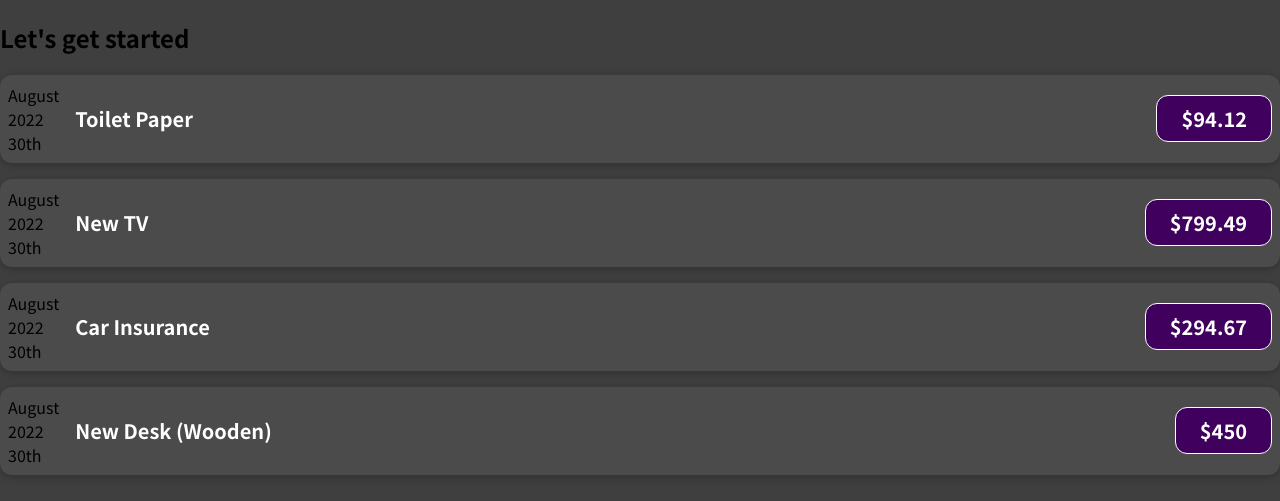
Repository: runner855/expense-tracker
Page: /
These files come from the project's save history. The page is drawn as it stood at one moment and after the next save; the edit follows.
The browser window is 1280 px wide. The pictures show the whole page.
The project was rebuilt for these pictures with package versions that can differ from the ones it lists, and the page was loaded fresh each time.

Above is the page before, as saved 2022-09-02 15:35:16.

### src/index.js
import React from 'react';
import ReactDOM from 'react-dom/client';
import expenses from './data/expenses.json';
import './styles/index.css';
import App from './components/App';

const root = ReactDOM.createRoot(document.getElementById('root'));
root.render(
  <React.StrictMode>
    <App expenses={expenses.expenses} />
  </React.StrictMode>
);

### src/data/expenses.json
{
  "expenses": [
    {
      "id": "e1",
      "title": "Toilet Paper",
      "amount": 94.12,
      "date": 1597408017000
    },
    {
      "id": "e2",
      "title": "New TV",
      "amount": 799.49,
      "date": 1615552017000
    },
    {
      "id": "e3",
      "title": "Car Insurance",
      "amount": 294.67,
      "date": 1616934417000
    },
    {
      "id": "e4",
      "title": "New Desk (Wooden)",
      "amount": 450,
      "date": 1623500817000
    }
  ]
}

### src/components/App.js
import React from 'react';
import ExpenseItem from '../components/ExpenseItem';


const App = (props) => {
  console.log(props)





  return (
    <div className="App">
      <h2>Let's get started</h2>
      <ExpenseItem date={props.expenses[0].date} title={props.expenses[0].title} amount={props.expenses[0].amount} />
      <ExpenseItem date={props.expenses[1].date} title={props.expenses[1].title} amount={props.expenses[1].amount} />
      <ExpenseItem date={props.expenses[2].date} title={props.expenses[2].title} amount={props.expenses[2].amount} />
      <ExpenseItem date={props.expenses[3].date} title={props.expenses[3].title} amount={props.expenses[3].amount} />






    </div>
  );
}

export default App;

### src/components/ExpenseItem.js
import React from 'react';
import '../styles/ExpenseItem.css'
import ExpenseDate from './ExpenseDate';


const ExpenseItem = (props) => {

  const { title, amount } = props;



  return (
    <div className='expense-item'>
      <ExpenseDate />
      <div className='expense-item__description'>
        <h2>{`${title}`}</h2>
        <div className='expense-item__price'>
          ${`${amount}`}
        </div>
      </div>
    </div>)
}

export default ExpenseItem;

### src/styles/ExpenseItem.css
.expense-item {
  display: flex;
  justify-content: space-between;
  align-items: center;
  box-shadow: 0 2px 8px rgba(0, 0, 0, 0.25);
  padding: 0.5rem;
  margin: 1rem 0;
  border-radius: 12px;
  background-color: #4b4b4b;
}

.expense-item__description {
  display: flex;
  flex-direction: column;
  gap: 1rem;
  align-items: flex-end;
  flex-flow: column-reverse;
  justify-content: flex-start;
  flex: 1;
}

.expense-item h2 {
  color: #3a3a3a;
  font-size: 1rem;
  flex: 1;
  margin: 0 1rem;
  color: white;
}

.expense-item__price {
  font-size: 1rem;
  font-weight: bold;
  color: white;
  background-color: #40005d;
  border: 1px solid white;
  padding: 0.5rem;
  border-radius: 12px;
}

@media (min-width: 580px) {
  .expense-item__description {
    flex-direction: row;
    align-items: center;
    justify-content: flex-start;
    flex: 1;
  }

  .expense-item__description h2 {
    font-size: 1.25rem;
  }

  .expense-item__price {
    font-size: 1.25rem;
    padding: 0.5rem 1.5rem;
  }
}

### src/components/ExpenseDate.js
import React from 'react';
import moment from 'moment';



const ExpenseDate = (props) => {
  const month = moment(props.date).format(' MMMM');
  const year = moment(props.date).format(" YYYY ");
  const day = moment(props.date).format('Do');


  return (
    <div>
      <div>{month}</div>
      <div>{year}</div>
      <div>{day}</div>


    </div>
  );
}

export default ExpenseDate;

Loaded but not shown: public/index.html (common file); src/styles/index.css (common file)

After the next save:
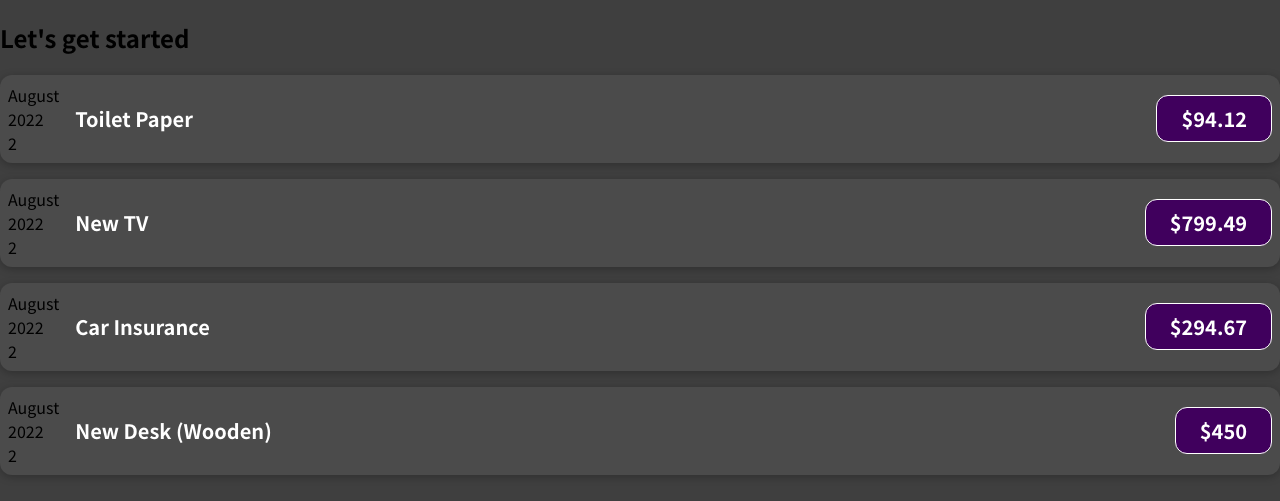
Saved 7 s later.
--- a/src/components/ExpenseDate.js
+++ b/src/components/ExpenseDate.js
@@ -6,7 +6,7 @@ import moment from 'moment';
 const ExpenseDate = (props) => {
   const month = moment(props.date).format(' MMMM');
   const year = moment(props.date).format(" YYYY ");
-  const day = moment(props.date).format('Do');
+  const day = moment(props.date).format('d');
 
 
   return (
